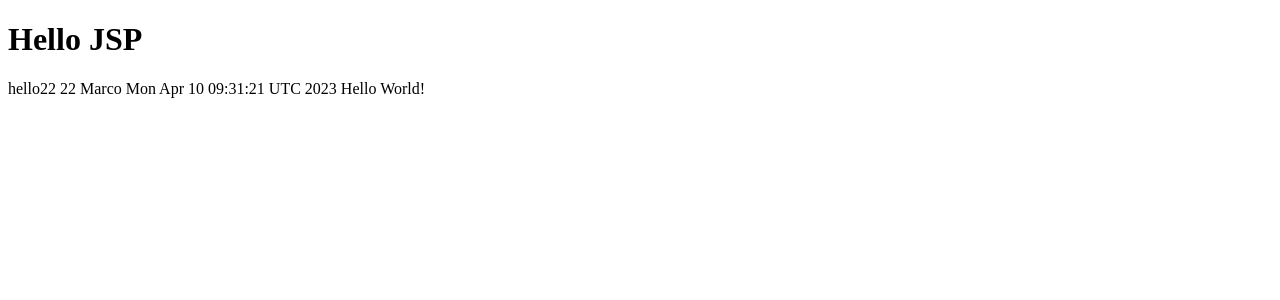
Repository: marcoscheuerer/Java_Enterprise
Page: http://localhost/S01L05_Hello_JSP/HelloJSP.jsp
The author's editor kept a copy of each file at every save. The page is drawn from the files as they stood at one save, then again after the next save.
The browser window is 1280 px wide. The pictures show the whole page.
The page is served by Tomcat 9.

Above is the page before, as saved 2023-04-10 09:59:04.

### S01L05_Hello_JSP/src/main/webapp/HelloJSP.jsp
<%@ page language="java" contentType="text/html; charset=UTF-8"
    pageEncoding="UTF-8"%>
<!DOCTYPE html>
<html>
<head>
<meta charset="UTF-8">
<title>Hello JSP</title>
</head>
<body>
<h1>Hello JSP</h1>
<%! public int x = 22; %>
<%= "hello" + x %>
<%= new Integer(22) %>
<%= new String("Marco") %>
<%= new java.util.Date() %>
<% out.println(); %>
<% out.println("Hello World!"); %>

</body>
</html>

After the next save:
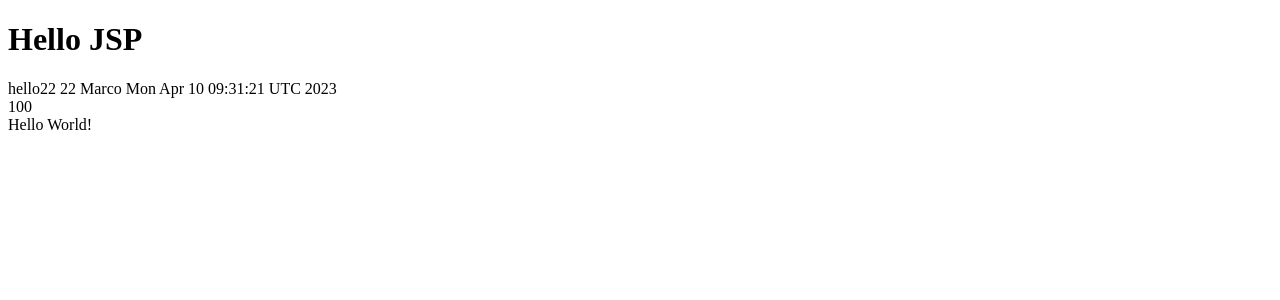
Saved 45 s later.
--- a/S01L05_Hello_JSP/src/main/webapp/HelloJSP.jsp
+++ b/S01L05_Hello_JSP/src/main/webapp/HelloJSP.jsp
@@ -13,7 +13,9 @@
 <%= new Integer(22) %>
 <%= new String("Marco") %>
 <%= new java.util.Date() %>
-<% out.println(); %>
+<br>
+<%= 25 * 4 %>
+<br>
 <% out.println("Hello World!"); %>
 
 </body>
